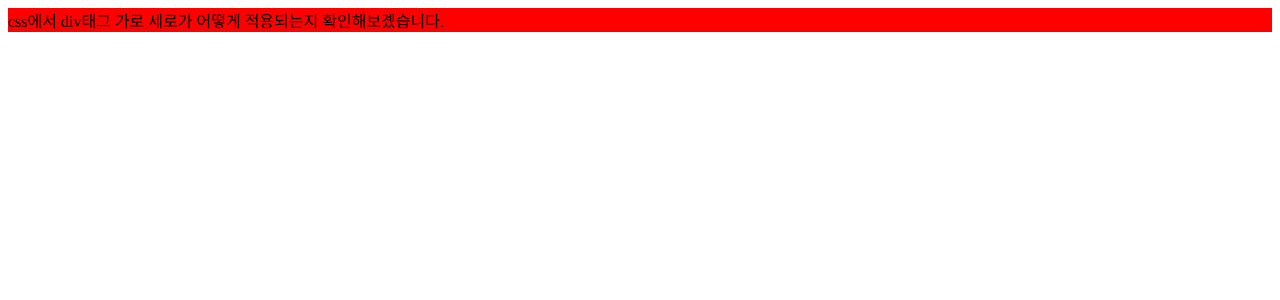
Repository: jeemaru/htme_01
Page: css_02/ex_01.html
These files come from the project's save history. The page is drawn as it stood at one moment and after the next save; the edit follows.
The browser window is 1280 px wide. The pictures show the whole page.

Above is the page before, as saved 2022-04-07 01:03:40.

### css_02/ex_01.html
<!DOCTYPE html>

<html lang="ko"> <!-- 한국어문서만 검색할때, 음성으로 할때 한국어 음성지원 -->
    <head>
        <meta charset="UTF-8"> <!-- 브라우저가 문서를 해석할때 필요한 정보 -->
        <title>스타일시트</title>
        <!-- 스타일시트자리 -->

        <style>

        	.box-red {background-color: #ff0000;}


        </style>

    </head>

    <body>

		<div class="box-red">
			css에서 div태그 가로 세로가 어떻게 적용되는지 확인해보곘습니다.
		</div>

    </body>

</html>

After the next save:
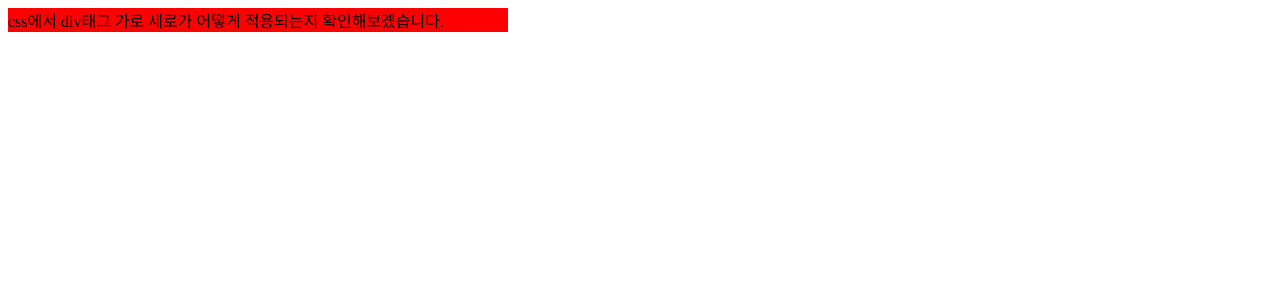
Saved 46 s later.
--- a/css_02/ex_01.html
+++ b/css_02/ex_01.html
@@ -8,7 +8,8 @@
 
         <style>
 
-        	.box-red {background-color: #ff0000;}
+        	.box-red {background-color: #ff0000;
+        			  width: 500px;}
 
 
         </style>
